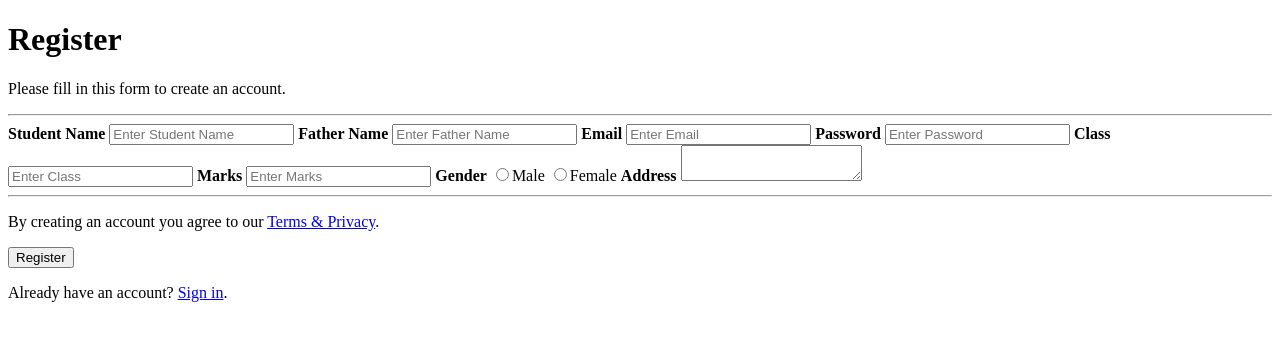
Repository: laxmichauhan/Student-Data-Insertion
Page: Application1/WebContent/register.html
These files come from the project's save history. The page is drawn as it stood at one moment and after the next save; the edit follows.
The browser window is 1280 px wide. The pictures show the whole page.

Above is the page before, as saved 2019-02-19 07:17:01.

After the next save:
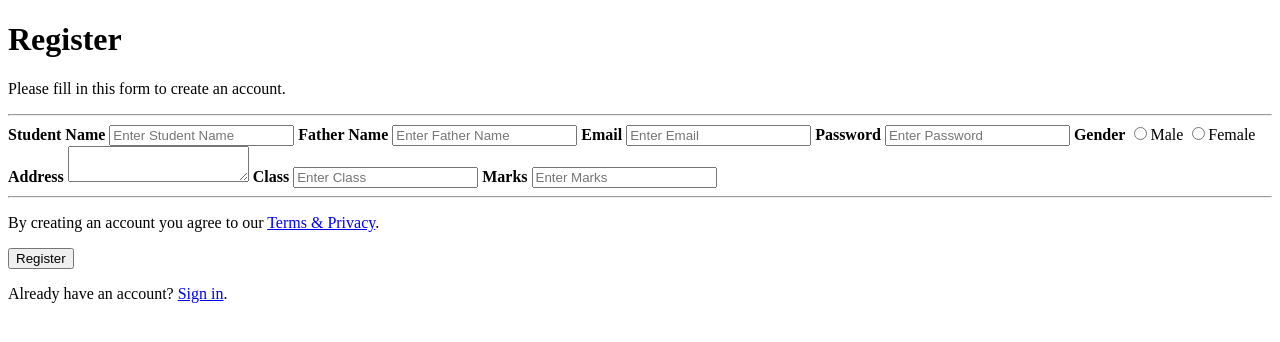
Saved 13 s later.
--- a/Application1/WebContent/register.html
+++ b/Application1/WebContent/register.html
@@ -22,18 +22,18 @@
     <label for="psw"><b>Password</b></label>
     <input type="password" placeholder="Enter Password" name="psw" required>
 
-	<label for="Class"><b>Class</b></label>
-    <input type="text" placeholder="Enter Class" name="class" required>
-
-     <label for="Marks"><b>Marks</b></label>
-    <input type="text" placeholder="Enter Marks" name="Marks" required>
-
     <label for="Gender"><b>Gender</b></label>
     <input type="radio" name="gender" value="Male"/>Male
      <input type="radio" name="gender" value="Female"/>Female
 
     <label for="Address"><b>Address</b></label>
     <textarea name="address"></textarea>
+
+    <label for="Class"><b>Class</b></label>
+    <input type="text" placeholder="Enter Class" name="class" required>
+
+     <label for="Marks"><b>Marks</b></label>
+    <input type="text" placeholder="Enter Marks" name="Marks" required>
     <hr>
 
     <p>By creating an account you agree to our <a href="#">Terms & Privacy</a>.</p>
